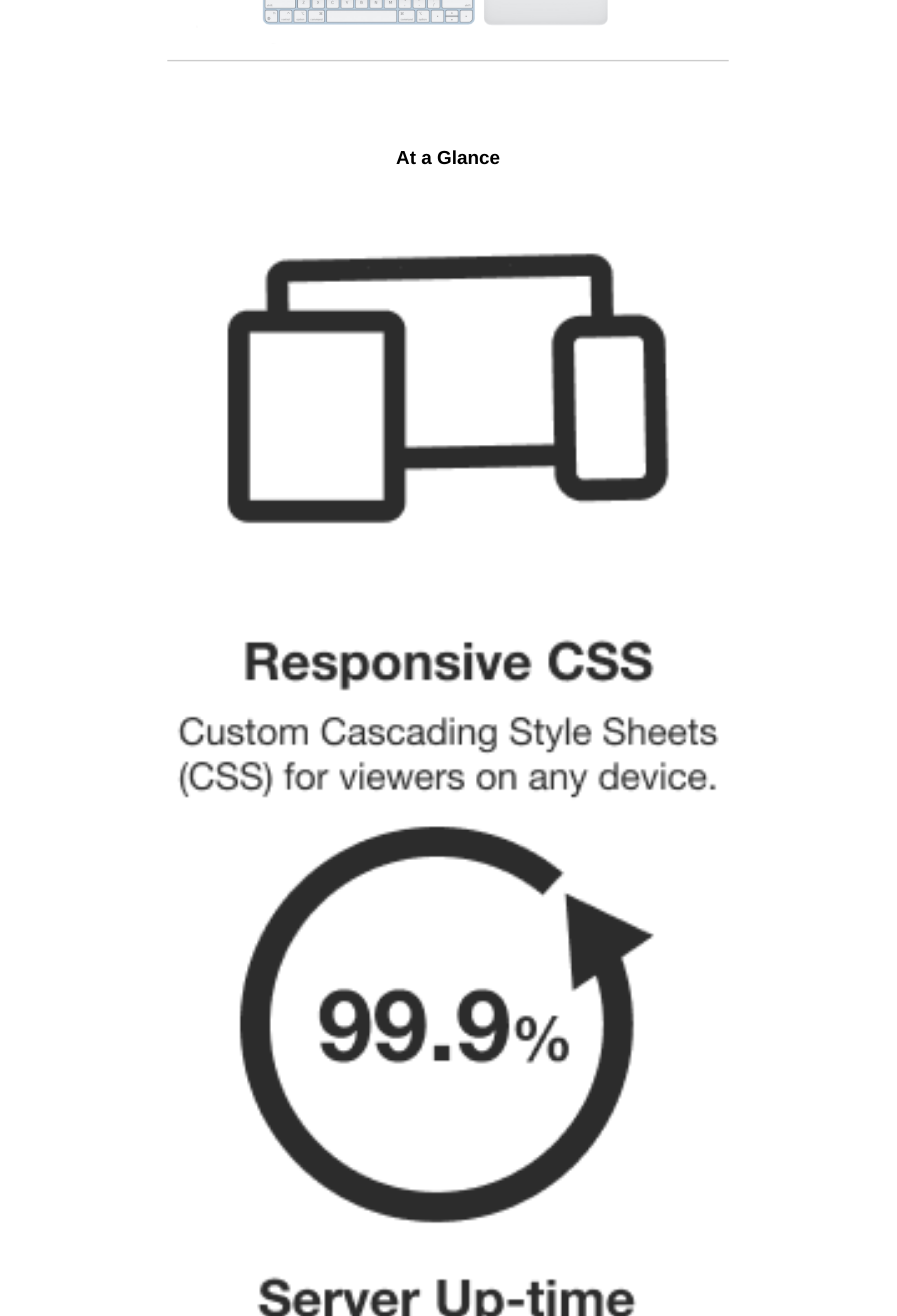
Repository: yoItsTyler/templates
Page: /specs
The author's editor kept a copy of each file at every save. The page is drawn from the files as they stood at one save, then again after the next save.
The browser window is 1280 px wide. The page is 1282 px wide, so the pictures cover 1282 px, including what lies to the right of the window. The pictures show the part of the page from y = 531 to 2411 px (the page is 8220 px tall before and 1516 px after), at 70% of full size.
Some web fonts or font styles are not loaded; a fallback is used. The project was rebuilt for these pictures with package versions that can differ from the ones it lists, and the page was loaded fresh each time. Also part of the build but not shown: src/components/Home/styles.module.css, src/components/Navbar/styles.module.css, src/components/Navbar/Navbar.js, src/components/NavbarMobile/styles.module.css, src/components/NavbarMobile/NavbarMobile.js, src/components/Home/Home.js, src/components/Web/styles.module.css, src/components/Web/Web.js.

Above is the page before, as saved 2022-11-16 16:48:00.

### public/index.html
<!DOCTYPE html>
<html lang="en">
  <head>
    <meta charset="utf-8" />
    <link rel="icon" href="%PUBLIC_URL%/favicon.ico" />
    <meta name="viewport" content="width=device-width, initial-scale=1" />
    <meta name="theme-color" content="#000000" />
    <meta
      name="description"
      content="Web site created using create-react-app"
    />
    <link rel="apple-touch-icon" href="%PUBLIC_URL%/logo192.png" />
    <!--
      manifest.json provides metadata used when your web app is installed on a
      user's mobile device or desktop. See https://developers.google.com/web/fundamentals/web-app-manifest/
    -->
    <link rel="manifest" href="%PUBLIC_URL%/manifest.json" />
    <!--
      Notice the use of %PUBLIC_URL% in the tags above.
      It will be replaced with the URL of the `public` folder during the build.
      Only files inside the `public` folder can be referenced from the HTML.

      Unlike "/favicon.ico" or "favicon.ico", "%PUBLIC_URL%/favicon.ico" will
      work correctly both with client-side routing and a non-root public URL.
      Learn how to configure a non-root public URL by running `npm run build`.
    -->
    <title>Root Template</title>
  </head>
  <body>
    <noscript>You need to enable JavaScript to run this app.</noscript>
    <div id="root"></div>
    <!--
      This HTML file is a template.
      If you open it directly in the browser, you will see an empty page.

      You can add webfonts, meta tags, or analytics to this file.
      The build step will place the bundled scripts into the <body> tag.

      To begin the development, run `npm start` or `yarn start`.
      To create a production bundle, use `npm run build` or `yarn build`.
    -->
  </body>
</html>

### src/index.js
import React from 'react';
import  ReactDOM  from 'react-dom';
import './index.css';
import reportWebVitals from './reportWebVitals';
import { BrowserRouter as Router } from 'react-router-dom';
import { App } from './components/App';

ReactDOM.render(
  <React.StrictMode>
    <Router>
     <App/>
    </Router>
  </React.StrictMode>,
  document.getElementById('root'),
);



// If you want to start measuring performance in your app, pass a function
// to log results (for example: reportWebVitals(console.log))
// or send to an analytics endpoint. Learn more: https://bit.ly/CRA-vitals
reportWebVitals();

### src/index.css


@import url('https://fonts.cdnfonts.com/css/work-sans');
html, body{
  min-height: fit-content;
 height: 100vh;
  width: 100vw;
  max-width: 100vw;
  margin: 0;
  overflow-x: hidden;
  -ms-overflow-style: none;  /* IE and Edge */
  scrollbar-width: none;  /* Firefox */
  scroll-behavior: smooth;



}
body {



  font-family:  -apple-system, BlinkMacSystemFont, 'Segoe UI', 'Roboto', 'Oxygen',
    'Ubuntu', 'Cantarell', 'Fira Sans', 'Droid Sans', 'Helvetica Neue',
    sans-serif;
    font-family: 'Helvetica';
    font-style: normal;
  -webkit-font-smoothing: antialiased;
  -moz-osx-font-smoothing: grayscale;

  font-family: 'Helvetica', sans-serif;
  -webkit-font-smoothing: antialiased;
  -moz-osx-font-smoothing: grayscale;
}
body::-webkit-scrollbar{
  display: none;
}


code {
  font-family: source-code-pro, Menlo, Monaco, Consolas, 'Courier New',
    monospace;
}

### src/components/App/App.js
import { useEffect, useState } from 'react';
import { Route, Switch } from 'react-router-dom';
import { Home } from '../Home';
import { Navbar } from '../Navbar/Navbar';
import { NavbarMobile } from '../NavbarMobile';
import { Specs } from '../Specs';
import { Web } from '../Web/Web';
import styles from './styles.module.css';






export const App = () => {




    return(
        <div className={styles.main}>


            <Switch>
                 <Route exact path = '/web' component={Web}/>
                 <Route exact path = '/specs' component={Specs}/>
                <Route path={['/']} component={Home}/>

            </Switch>
        </div>
    )
}

### src/components/NavbarMobile/index.js
export * from './NavbarMobile';

### src/components/Specs/index.js
export * from './Specs';

### src/components/App/styles.module.css
.main{
    margin-top: 0;
    min-height: fit-content;
    height: 100vh;
    width: 100%;
    max-width: 100vw;
}

### src/components/Specs/Specs.js
import { NavbarWeb } from '../NavbarWeb/NavbarWeb';
import { NavBarWebSub } from '../NavBarWebSub/NavBarWebSub';
import styles from './styles.module.css';
import deskT from '../../images/Group 13spec.png';
import f57 from '../../images/Frame 57.png';
import f58 from '../../images/Frame 58.png';
import f59 from '../../images/Frame 59.png';
import f60 from '../../images/Frame 60.png';
import f61 from '../../images/Frame 61.png';
import f62 from '../../images/Frame 62.png';
import f63 from '../../images/Frame 63.png';
import f64 from '../../images/Frame 64.png';
import f65 from '../../images/Frame 65.png';


/*<div className={styles.iconCont}>
 </div>

*/

export const Specs = () => {


    return(
        <div className={styles.main}>
            <NavbarWeb/>
            <NavBarWebSub/>

            <div className={styles.page}>
                <div className={styles.specCont}>
            <div className={styles.specsT}>Specs</div>
            <img src={deskT} className ={styles.deskT}/>
            </div>

            <div className={styles.line}></div>

            <div className={styles.glance}>At a Glance</div>

            <div className={styles.container}>

                    <img src={f57}/>
                    <img src={f58}/>
                    <img src={f59}/>
                    <img src={f60}/>
                    <img src={f61}/>
                    <img src={f62}/>
                    <img src={f63}/>
                    <img src={f64}/>
                    <img src={f65}/>




            </div>




            </div>



        </div>
    )
}

### src/components/NavbarWeb/NavbarWeb.js
import styles from './styles.module.css';
import logo2 from '../../images/LuneVistaLogo.png';
import search from '../../images/search.png';
import { useHistory } from 'react-router-dom';


export const NavbarWeb = () => {
    const history = useHistory();

// <div className={styles.falseDiv}></div>
    return (
        <div className={styles.main}>

            <div className={styles.row}>


                <div className={styles.logo}
                onClick={()=> history.push('/')}
                >
                    <img src={logo2} style={{width: '100%', height: ''}} />

                </div>


                    <div className={styles.pages}>
                        <div className={styles.page}
                        onClick={() => history.push('/web')}
                        >Website</div>
                        <div className={styles.page}>Branding</div>
                        <div className={styles.page}>Marketing</div>
                        <div className={styles.page}>About</div>
                        <div className={styles.page}>Contact</div>
                    </div>














            </div>





        </div>

    )
}

### src/components/NavBarWebSub/NavBarWebSub.js
import styles from './styles.module.css';


export const NavBarWebSub = () => {


    return(
        <div className={styles.main}>
            <div className={styles.row}>
                <div className = {styles.title}>
                    Website Development
                </div>
                <div className={styles.btnRow}>
                    <div className={styles.btnTxt}>Overview</div>
                    <div className={styles.btnTxt}>Specs</div>
                    <div className={styles.requestBtn}>Request</div>
                </div>



            </div>




        </div>
    )
}

### src/components/Specs/styles.module.css
.main{


}
.page{
    position: absolute;
    margin-top: 100px;
    width: 100%;
    display: flex;
    flex-direction: column;
    justify-content: center;
    align-items: center;


}
.specCont{
    justify-self: center;
    align-self: center;
    display: flex;
    flex-direction: column;
    width: 800px;
    max-width: 96%;

}

.specsT{
    background: linear-gradient(93.88deg, #24A3EA -2.95%, #115FDE 102.42%);
    -webkit-background-clip: text;
-webkit-text-fill-color: transparent;
background-clip: text;
    font-size: 80px;
    font-weight: 700;
    margin-top: 60px;
    margin-bottom: -40px;
}
.deskT{
    width:800px;
    max-width: 96%;
}
.glance{
    font-size: 27px;
    font-weight: 700;
    margin-top: 100px;
}
.line{
    margin-top: 23px;
    margin-bottom: 23px;
    width: 800px;

    max-width: 96%;

    border: 1px solid #CCCCCC;
}
.container{
    width: 800px;
    max-width: 96%;
    display: flex;
    flex-direction: column;
    columns: 3;

}
.iconCont{
    justify-content: center;
}

### src/components/NavbarWeb/styles.module.css
.main{
    width: 100vw;
    max-width: 100vw;
    height: 50px;
    margin-top: 0;

    background-color: hsl(0, 0%, 7%);
    position: fixed;
    display: flex;
    z-index: 1;
    justify-content: center;



}
.row{
    width: 100%;

    align-self: center;

    height: 50px;
    max-width: 730px;

    color: #FFFFFF;
 display: flex;
 align-items: center;

justify-content: space-between;



}
.logo{

    padding-left: min(16px, 1.0%);
    height: 32px;
    cursor: pointer;
    display: flex;
    align-content: center;
    align-items: center;
    justify-content: center;
      justify-self: left;
    max-width: 134px;




}
.falseDiv{
    padding-right: min(16px, 1.0%);
    width: 134px;



}
.rightSide{
   align-self: center;
  justify-self: center;


}
.pages{
    flex-basis: 1;
    display: flex;
   height: 32px;


    width: 80%;
    max-width: 536px;
    align-items: center;
    justify-content: space-between;
    justify-self: center;




}

.page{

    font-weight: 400;
    font-size: 16px;
    line-height: 24px;
   cursor: pointer;

   height: 24px;
   align-content: center;
   align-items: center;

   padding-left: 0px;
   padding-right: 0px;

}
.page:hover{
    background-color: rgba(0, 0, 0, 0.3);
   border-radius: 3px;
}



.search{
   padding-right: min(16px, 1.5%);
margin-left: auto;


}

### src/components/NavBarWebSub/styles.module.css
.main{
    width: 100vw;
    height: 50px;
    position: absolute;
    margin-top: 50px;
    display: flex;
    justify-content: center;
    z-index: 1;
    border-bottom: white;
    border-width: 1px;
    border-style: solid;
}
.row{
    display: flex;
    width: 100%;
    max-width: 730px;
    justify-content: space-between;
    align-items: center;
    padding-left: 6px;
    padding-right: 6px;
}
.btnRow{
    display: flex;
    width: 200px;
    justify-content: space-between;
    padding-left: 6px;
    align-items: center;
}
.title{
    font-size: 18px;
    font-weight: 700;
    min-width: fit-content;
}
.btnTxt{
    font-size: 12px;
    font-weight: 400;
    line-height: 14px;
    cursor: pointer;

}
.requestBtn{
    font-size: 12px;
    font-weight: 400;
    background-color: #0062CC;
    color: white;
    height: 22px;
    width: 60px;
    display: flex;
    flex-direction: column;
    align-items: center;

    justify-content: center;
    border-radius: 6px;
    line-height: 20px;
    cursor: pointer;
}

Loaded but not shown: src/reportWebVitals.js (common file); src/components/App/index.js (common file); src/components/Home/index.js (common file); src/components/Home/mobile.module.css (no stored copy; drawn as an empty file)

After the next save:
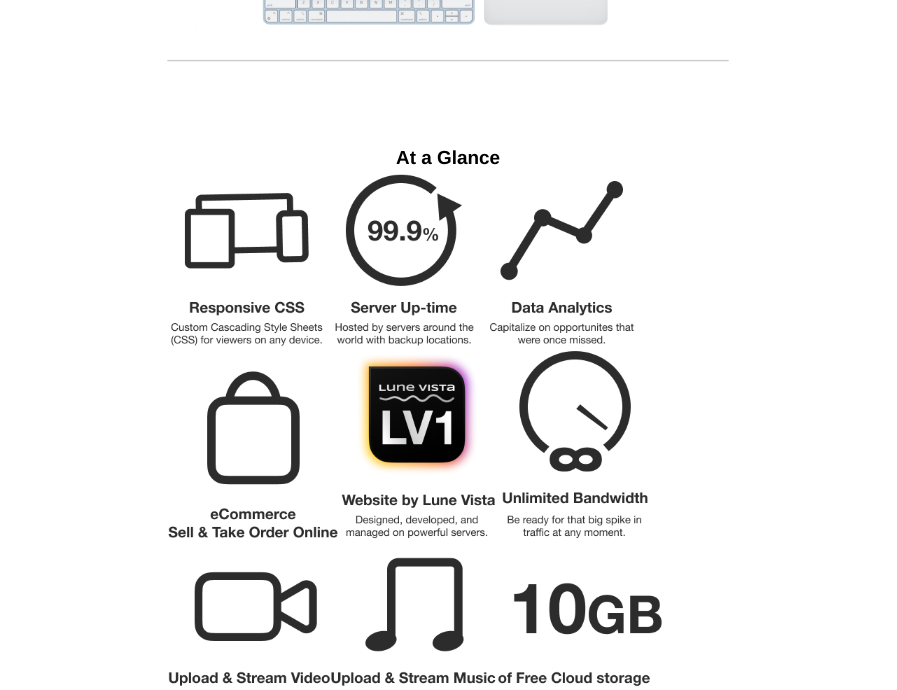
Saved 31 s later.
--- a/src/components/Specs/styles.module.css
+++ b/src/components/Specs/styles.module.css
@@ -54,9 +54,7 @@
 .container{
     width: 800px;
     max-width: 96%;
-    display: flex;
-    flex-direction: column;
-    columns: 3;
+
 
 }
 .iconCont{
